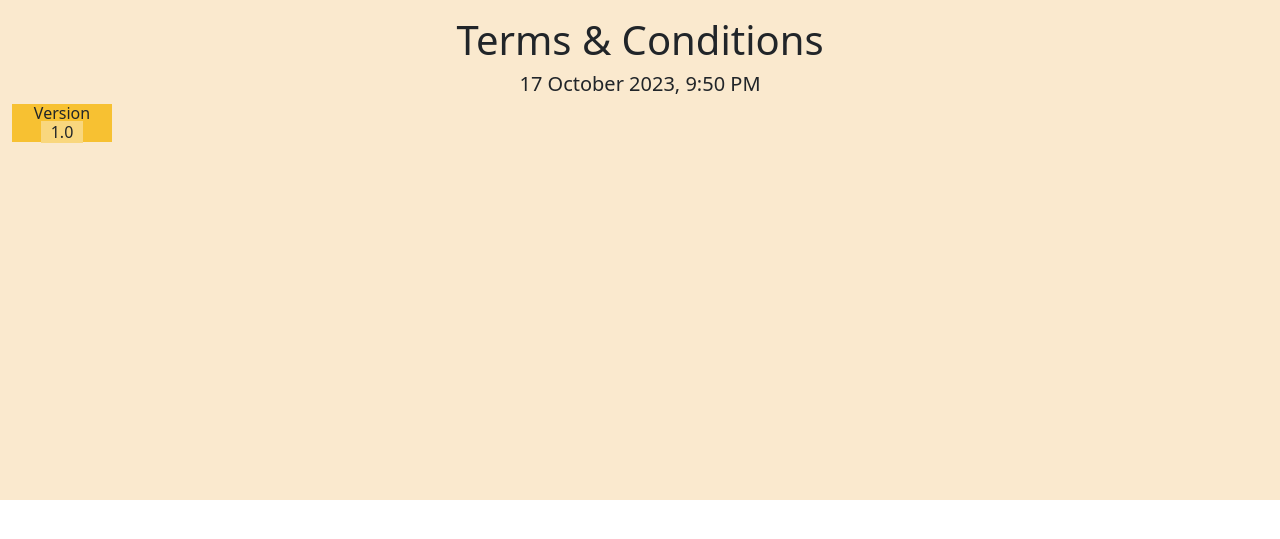
Repository: injectGroup/github.io
Page: terms.html
The author's editor kept a copy of each file at every save. The page is drawn from the files as they stood at one save, then again after the next save.
The browser window is 1280 px wide. The pictures show the whole page.

Above is the page before, as saved 2023-11-29 14:27:56.

After the next save:
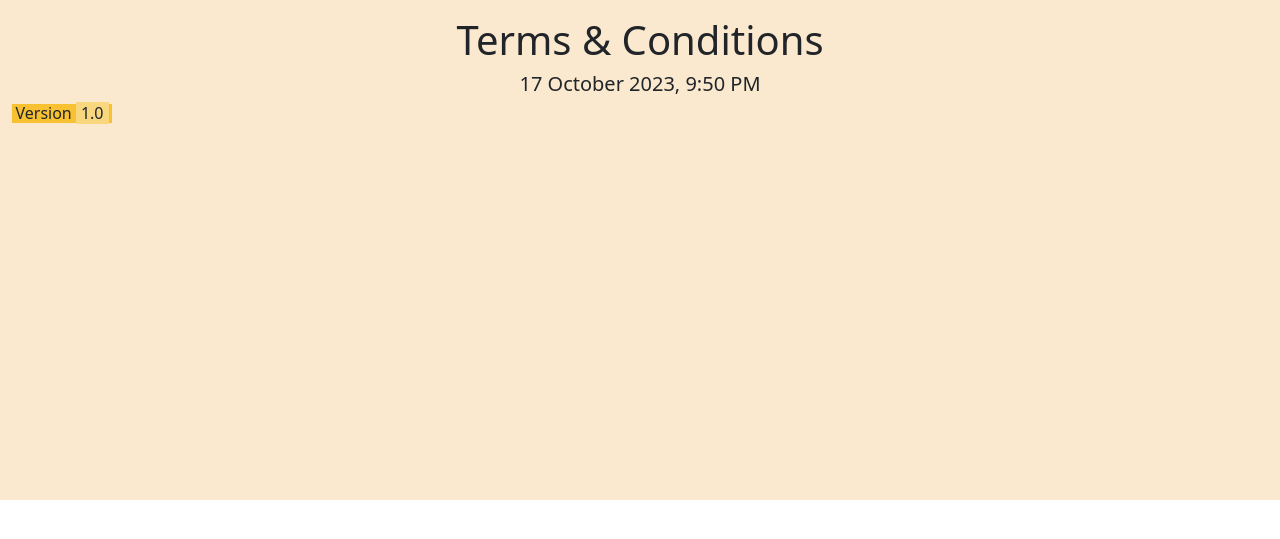
Saved 7 s later.
--- a/gouldwalletlegal/css/gouldcustom.css
+++ b/gouldwalletlegal/css/gouldcustom.css
@@ -27,8 +27,8 @@
 
 .version-number {
     background-color: #F9D77E;
-    padding-left: 10px;
-    padding-right: 10px;
+    padding-left: 5px;
+    padding-right: 5px;
 }
 
 
